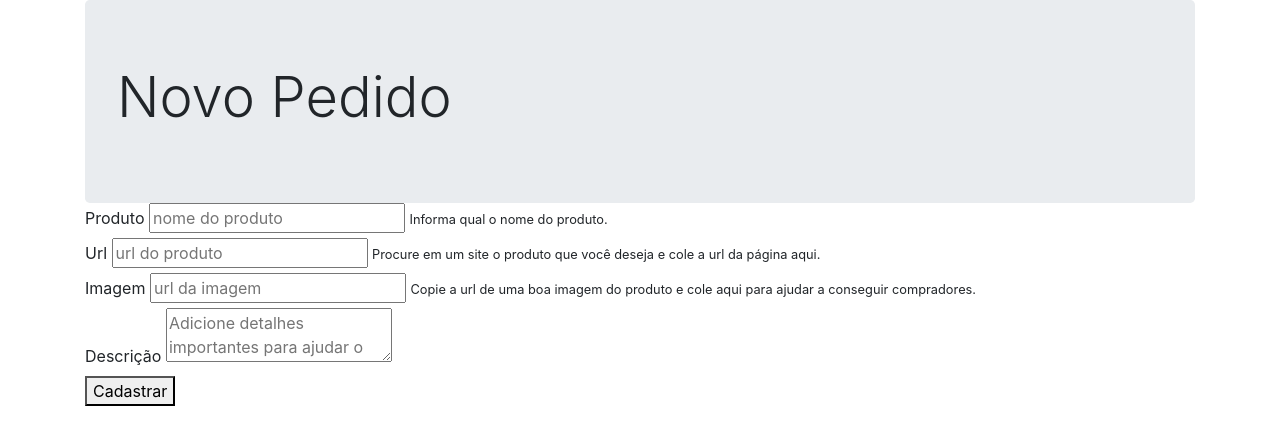
Repository: BrunoMreis/Spring-MVC-Crie-um-web-app-com-Thymeleaf-e-Bootstrap
Page: http://localhost/pedido/formulario
These files come from the project's save history. The page is drawn as it stood at one moment and after the next save; the edit follows.
The browser window is 1280 px wide. The pictures show the whole page.
The page is this project's Thymeleaf template; nobody is signed in. The template is opened directly, without the code that normally fills it, so the values that code supplies are empty.

Above is the page before, as saved 2020-10-15 14:21:29.

### mundi/src/main/resources/templates/pedido/formulario.html
<!DOCTYPE html>
<html>
<head>
<meta charset="UTF-8">
<title>Insert title here</title>
<link rel="stylesheet"
	href="https://stackpath.bootstrapcdn.com/bootstrap/4.5.2/css/bootstrap.min.css"
	integrity="sha384-JcKb8q3iqJ61gNV9KGb8thSsNjpSL0n8PARn9HuZOnIxN0hoP+VmmDGMN5t9UJ0Z"
	crossorigin="anonymous">
</head>
<body>
	<div class="container">
		<div class="jumbotron mb-0">
			<h1 class="display-4">Novo Pedido</h1>
		</div>

		<form th:object="${requisicaoNovoPedido}"  action="/pedido/novo" method="POST">
			<div>
				<label for="nomeProduto">Produto</label>
				<input th:field="*{nomeProduto}"  placeholder="nome do produto" />
				<small>Informa qual o nome do produto.</small>
			</div>
			<div>
				<label for="urlProduto">Url</label>
				 <input th:field="*{urlProduto}"  placeholder="url do produto" />
				 <small>Procure em um site o produto que você deseja e cole a url da página aqui.</small>
			</div>
			<div>
				<label for="urlImagem">Imagem</label>
				<input th:field="*{urlImagem}"  placeholder="url da imagem" />
				<small>Copie a url de uma boa imagem do produto e cole aqui para ajudar a conseguir
					compradores.</small>
			</div>
			<div>
				<label for="descricao">Descrição</label>
				<textarea  th:field="*{descricao}"
					placeholder="Adicione detalhes importantes para ajudar o comprador."></textarea>
			</div>
			<button type="submit">Cadastrar</button>
		</form>
	</div>
</body>
</html>

After the next save:
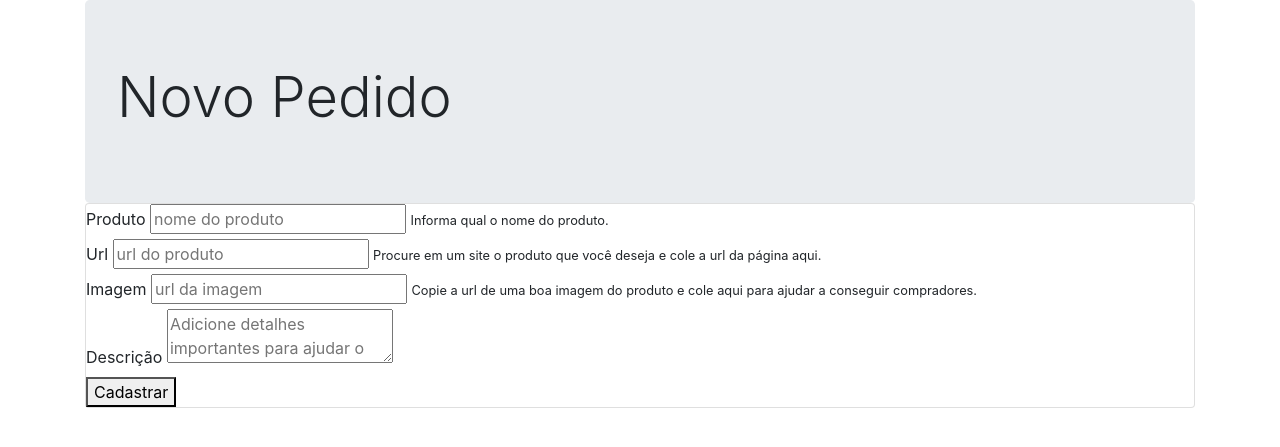
Saved 3 min 52 s later.
--- a/mundi/src/main/resources/templates/pedido/formulario.html
+++ b/mundi/src/main/resources/templates/pedido/formulario.html
@@ -14,6 +14,7 @@
 			<h1 class="display-4">Novo Pedido</h1>
 		</div>
 
+		<div class="card">
 		<form th:object="${requisicaoNovoPedido}"  action="/pedido/novo" method="POST">
 			<div>
 				<label for="nomeProduto">Produto</label>
@@ -38,6 +39,7 @@
 			</div>
 			<button type="submit">Cadastrar</button>
 		</form>
+		</div>
 	</div>
 </body>
 </html>
